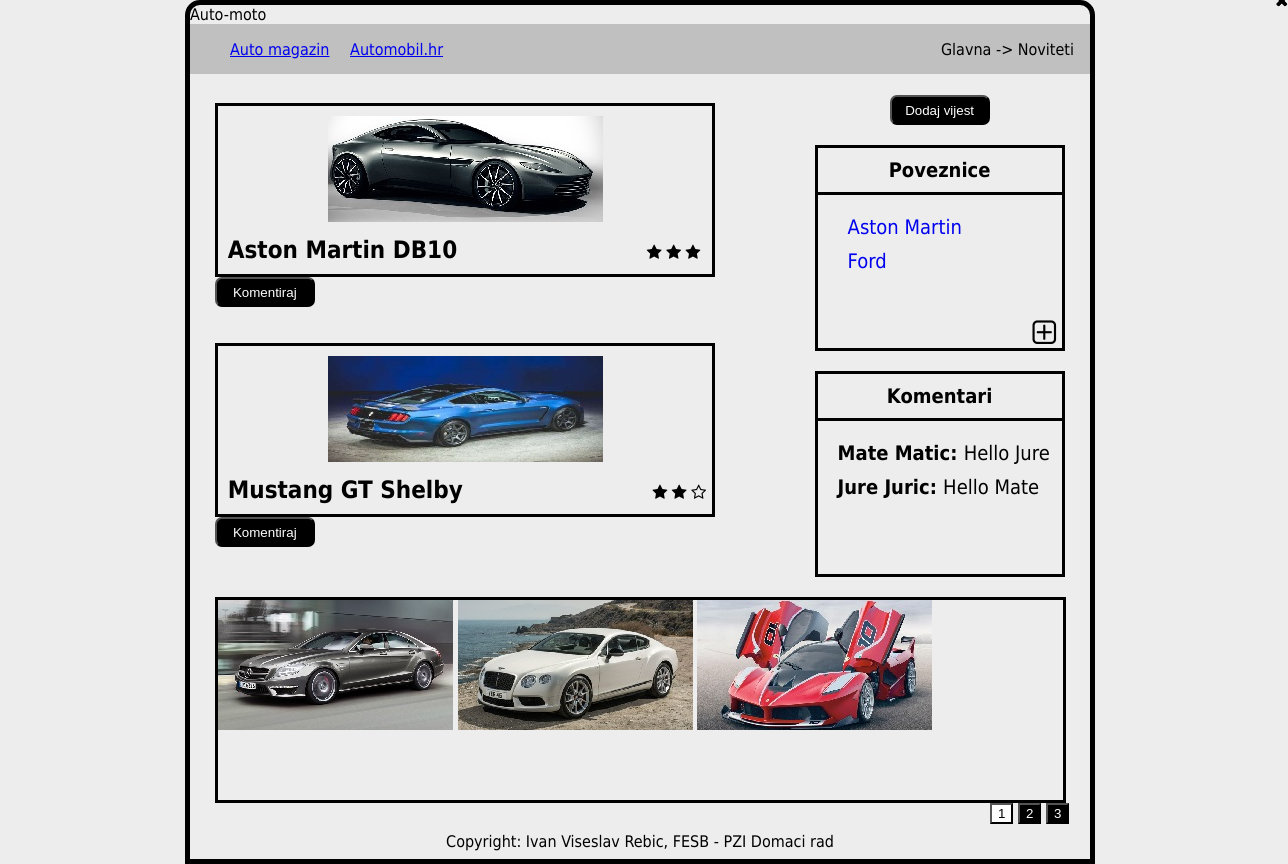
Repository: irebic00/PZI
Page: DR26102015/index.html
The author's editor kept a record of every edit. The page is drawn from the files as they stood at one moment, then again after the next edit.
The browser window is 1280 px wide. The page is 1288 px wide, so the pictures cover 1288 px, including what lies to the right of the window. The pictures show the whole page.

Above is the page before.

After the next edit:
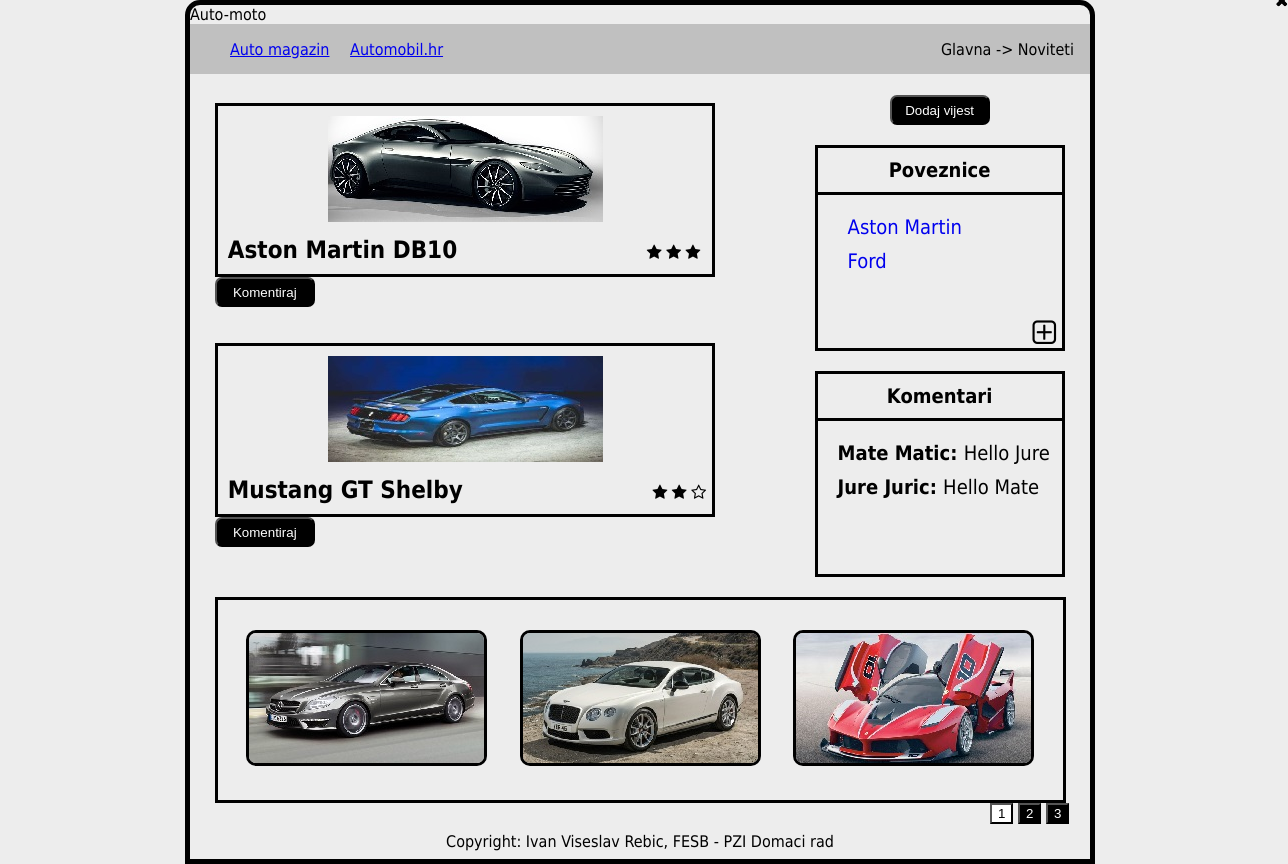
The edit:
--- a/DR26102015/index.html
+++ b/DR26102015/index.html
@@ -69,9 +69,9 @@
                 </article>
             </aside>
             <aside id="pictures-section">
-                <img src="images/footerImages/mercedes-benz.jpg" alt="mercedes" />
-                <img src="images/footerImages/bentley.jpg" alt="bentley" />
-                <img src="images/footerImages/ferrari.jpg" alt="ferrari" />
+                <img src="images/footerImages/mercedes-benz.jpg" alt="mercedes" class="pictures-section-picture"/>
+                <img src="images/footerImages/bentley.jpg" alt="bentley" class="pictures-section-picture"/>
+                <img src="images/footerImages/ferrari.jpg" alt="ferrari" class="pictures-section-picture"/>
             </aside>
 
             <div id="page-navigation">
